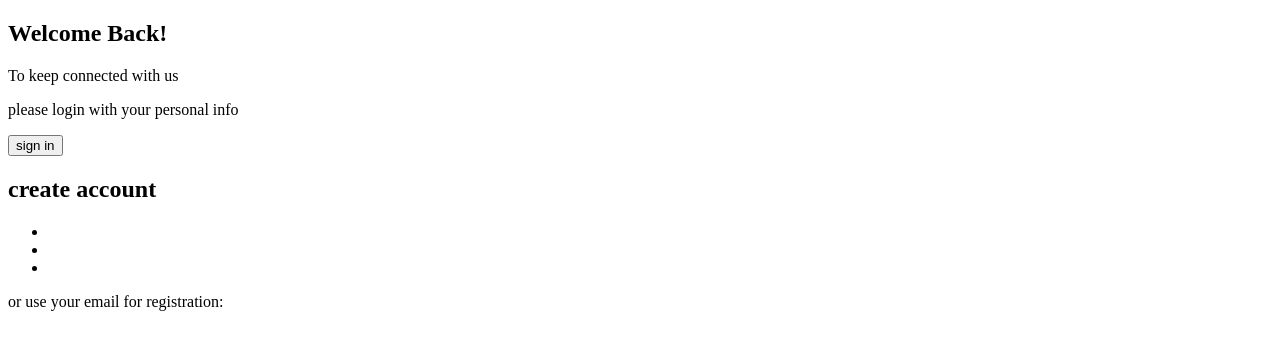
Repository: Gcodeco/ii9Telecom
Page: dist/public/login.html
An editor plug-in stored every save of this project. The page is shown before and after the next save, followed by the edit.
The browser window is 1280 px wide. The pictures show the whole page.

Above is the page before, as saved 2024-10-29 18:46:25.

### dist/public/login.html
<!DOCTYPE html>
<html lang="en">
<head>
    <meta charset="UTF-8">
    <meta name="viewport" content="width=device-width, initial-scale=1.0">
    <title>Document</title>
</head>
<body>
    <div class="container-login">
        <div class="content first content">
            <div class="first column">
                <h2 class="title">Welcome Back!</h2>
                <p class="description">To keep connected with us</p>
                <p class="description">please login with your personal info</p>
                <button class="btn">sign in</button>
            </div>
            <div class="second column"></div>
            <h2 class="title">create account</h2>
            <div class="social-media">
                <ul>
                    <li class="li"><a href="#facebook"></a></li>
                    <li class="li"><a href="#google+"></a></li>
                    <li class="li"><a href="#linkedIn"></a></li>
                </ul>
            </div>
            <p class="description">or use your email for registration: </p>
        </div>
        <div class="content second content"></div>
    </div>
</body>
</html>

After the next save:
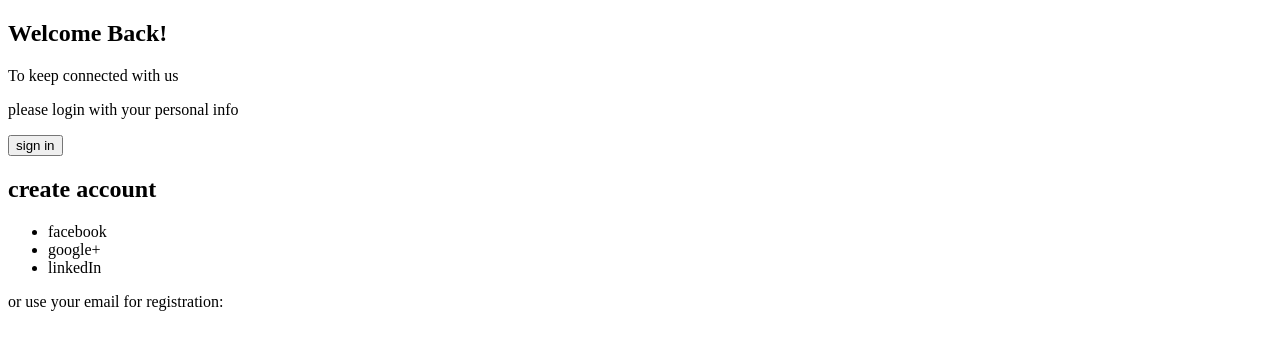
Saved 30 s later.
--- a/dist/public/login.html
+++ b/dist/public/login.html
@@ -18,9 +18,9 @@
             <h2 class="title">create account</h2>
             <div class="social-media">
                 <ul>
-                    <li class="li"><a href="#facebook"></a></li>
-                    <li class="li"><a href="#google+"></a></li>
-                    <li class="li"><a href="#linkedIn"></a></li>
+                    <li class="li"><a href="#"></a>facebook</li>
+                    <li class="li"><a href="#"></a>google+</li>
+                    <li class="li"><a href="#"></a>linkedIn</li>
                 </ul>
             </div>
             <p class="description">or use your email for registration: </p>
